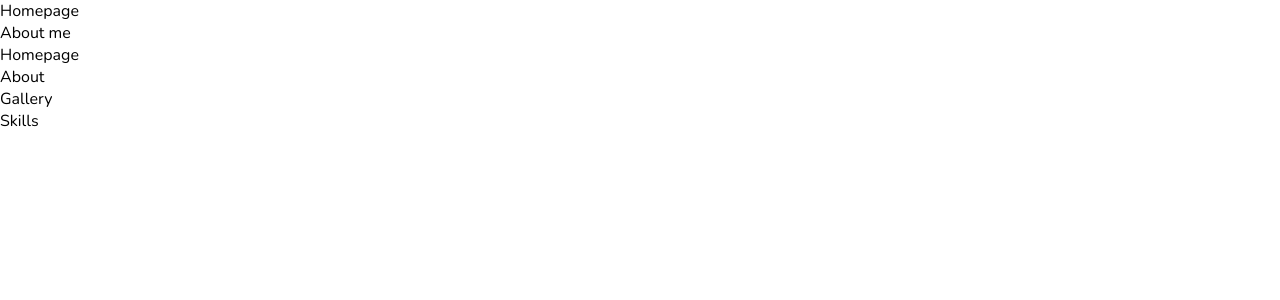
Repository: sabrina-bongiovanni/portfolio2022
Page: / (app in portfolio2022/)
The author's editor kept a copy of each file at every save. The page is drawn from the files as they stood at one save, then again after the next save.
The browser window is 1280 px wide. The pictures show the whole page.
The project was rebuilt for these pictures with package versions that can differ from the ones it lists, and the page was loaded fresh each time.

Above is the page before, as saved 2023-01-16 15:49:51.

### portfolio2022/src/App.js
import React from 'react';

import './App.scss';

import Homepage from './Components/Homepage/Homepage';
import Navbar from './Components/Navbar/Navbar';
import About from './Components/About/About';
import Gallery from './Components/Gallery/Gallery';
import Skills from './Components/Skills/Skills';

function App() {
  return (
    <div className="App">
      <Navbar />
      <Homepage />
      <About />
      <Gallery />
      <Skills />
    </div>
  );
}

export default App;

### portfolio2022/src/App.scss
@import url('https://fonts.googleapis.com/css2?family=Nunito:wght@400;600;700&display=swap');

body {
  font-family: 'Nunito';
}

### portfolio2022/src/Components/Homepage/Homepage.jsx
import React from 'react';

const Homepage = () => {
  return <div className="homepage-container">Homepage</div>;
};

export default Homepage;

### portfolio2022/src/Components/Navbar/Navbar.jsx
import React from 'react';

const Navbar = () => {
  return (
    <div className="navbar-container">
      <div className="menu-container">
        <div className="menu-item">Homepage</div>
        <div className="menu-item">About me</div>
      </div>
    </div>
  );
};

export default Navbar;

### portfolio2022/src/Components/About/About.jsx
import React from 'react';

const About = () => {
  return <div className="about-container">About</div>;
};

export default About;

### portfolio2022/src/Components/Gallery/Gallery.jsx
import React from 'react';

const Gallery = () => {
  return <div className="gallery-container">Gallery</div>;
};

export default Gallery;

### portfolio2022/src/Components/Skills/Skills.jsx
import React from 'react';

const Skills = () => {
  return <div className="skills-container">Skills</div>;
};

export default Skills;

Loaded but not shown: portfolio2022/public/index.html (common file); portfolio2022/src/index.js (common file); portfolio2022/src/index.css (common file); portfolio2022/src/reportWebVitals.js (common file)

After the next save:
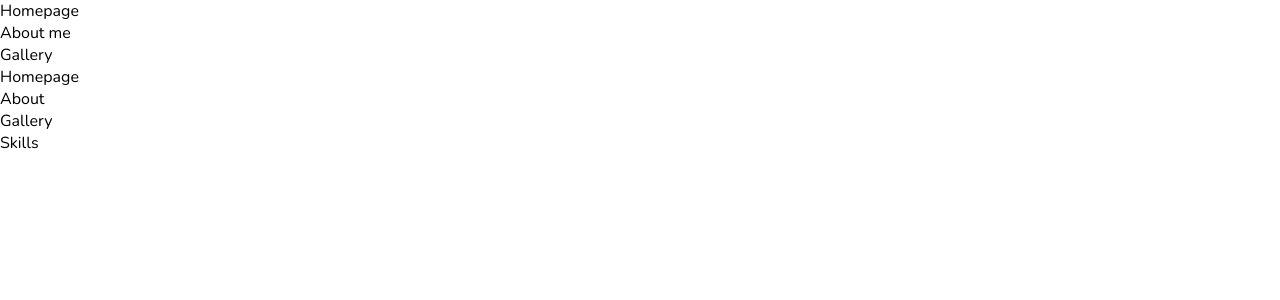
Saved 26 s later.
--- a/portfolio2022/src/Components/Navbar/Navbar.jsx
+++ b/portfolio2022/src/Components/Navbar/Navbar.jsx
@@ -6,6 +6,7 @@ const Navbar = () => {
       <div className="menu-container">
         <div className="menu-item">Homepage</div>
         <div className="menu-item">About me</div>
+        <div className="menu-item">Gallery</div>
       </div>
     </div>
   );
